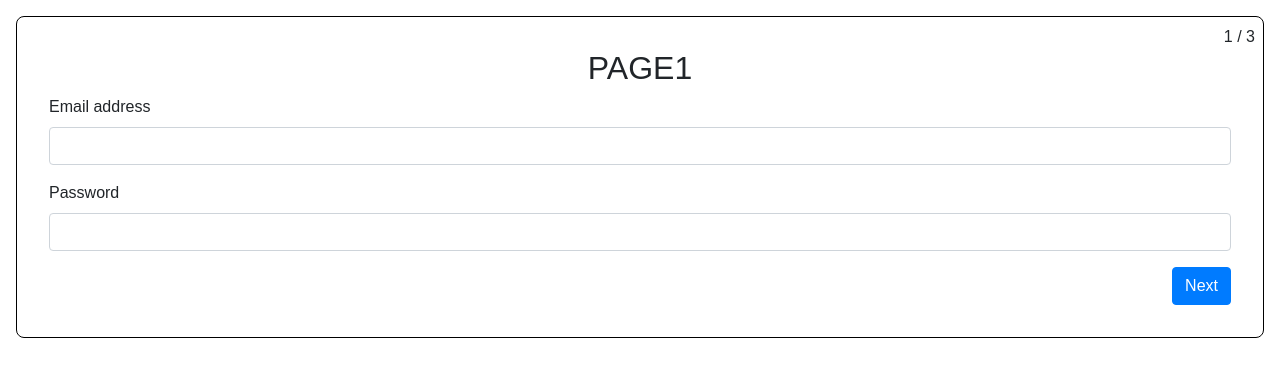
Repository: Aminox84/frontend-main
Page: /
An editor plug-in stored every save of this project. The page is shown before and after the next save, followed by the edit.
The browser window is 1280 px wide. The pictures show the whole page.
The project was rebuilt for these pictures with package versions that can differ from the ones it lists, and the page was loaded fresh each time. Also part of the build but not shown: src/AddressForm.tsx, src/AccountForm.tsx.

Above is the page before, as saved 2022-12-29 19:43:04.

After the next save:
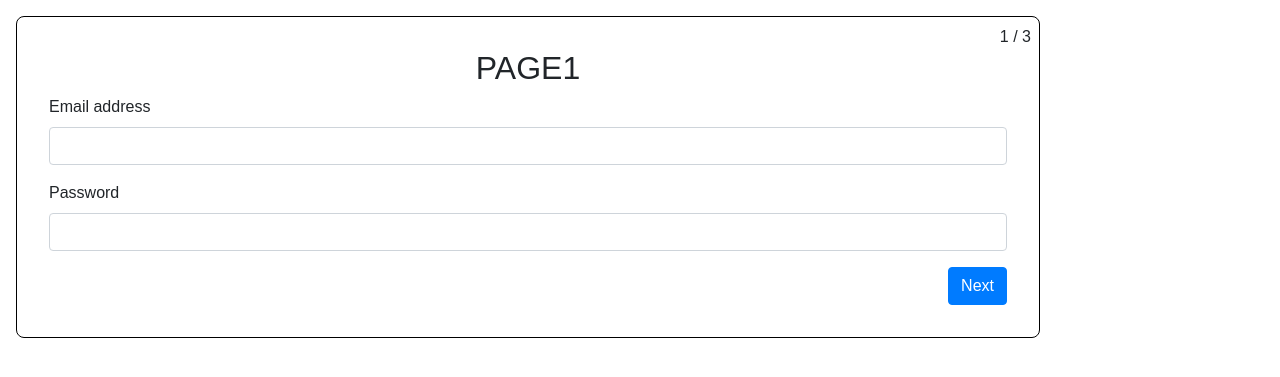
Saved 5 s later.
--- a/src/App.tsx
+++ b/src/App.tsx
@@ -11,7 +11,7 @@ function App() {
 const {steps,currentStepIndex,step,isFirstStep,isLastStep,back,next} = useMultistepForm([<UserForm />,<AddressForm />,<AccountForm />])
 
   return (
-    <div style={{position:"relative",background:"white",border:"1px solid  black",padding:"2rem",margin:"1rem",borderRadius:".5rem",fontFamily:"Arial",width:"auto"}}>
+    <div style={{position:"relative",background:"white",border:"1px solid  black",padding:"2rem",margin:"1rem",borderRadius:".5rem",fontFamily:"Arial",width:"80%"}}>
       <form>
        <div style={{position:"absolute",top:".5rem",right:".5rem"}}> {currentStepIndex + 1} / {steps.length}</div>
        {step}
